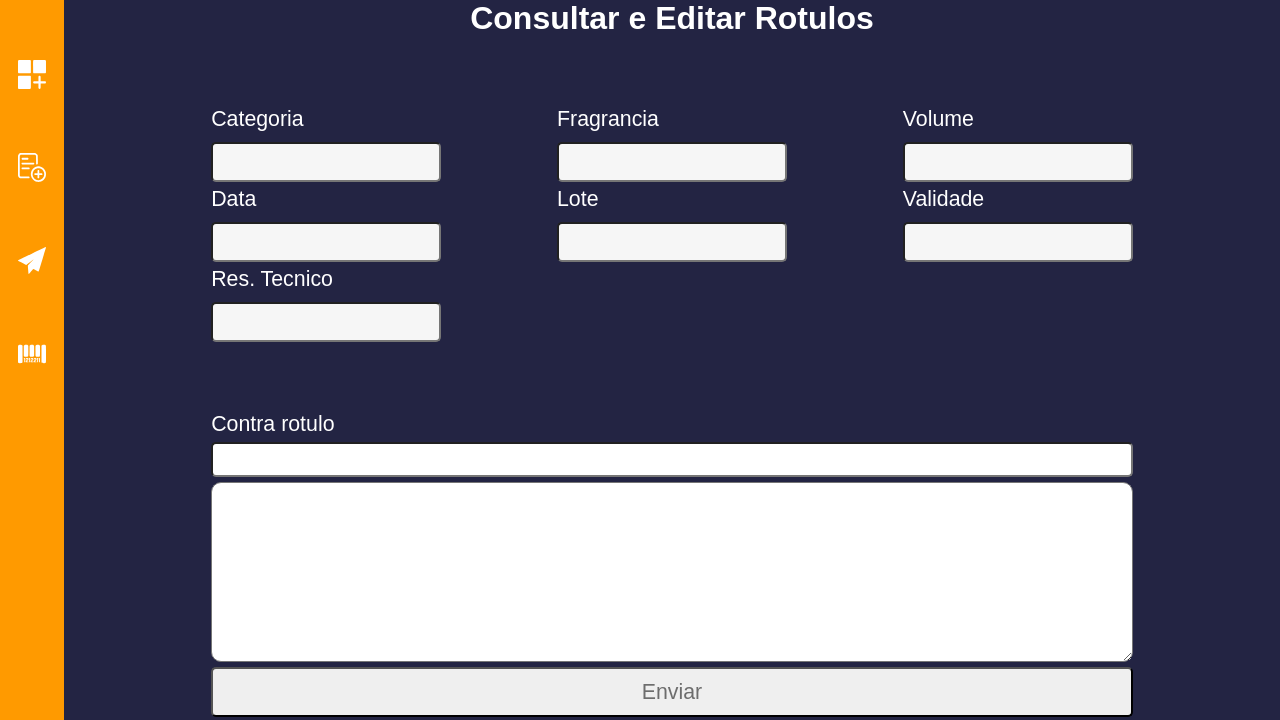
Repository: jeanjanrley/Organizador-de-rotulos
Page: /consultar
These files come from the project's save history. The page is drawn as it stood at one moment and after a run of saves; the edit follows.
The browser window is 1280 px wide. The pictures show the whole page.
The project was rebuilt for these pictures with package versions that can differ from the ones it lists, and the page was loaded fresh each time. Also part of the build but not shown: src/pages/home/Home.js.

Above is the page before, as saved 2021-06-26 15:47:34.

After the next 2 saves:
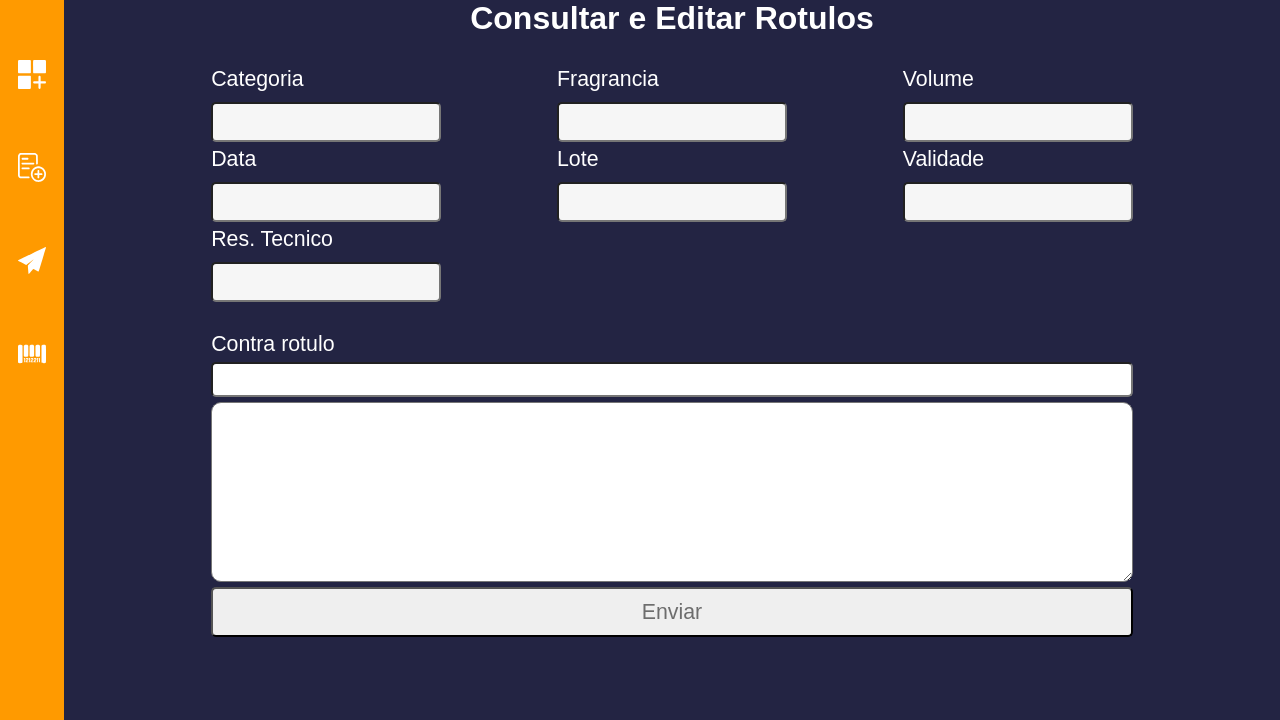
The 2 saves are shown as one change because they came seconds apart.
The last was saved 17 s later.
--- a/src/pages/home/styles.scss
+++ b/src/pages/home/styles.scss
@@ -1,5 +1,5 @@
 .Home{
-    gap: 70px;
+    gap: 30px;
 
     .filterArea{
         display: flex;
